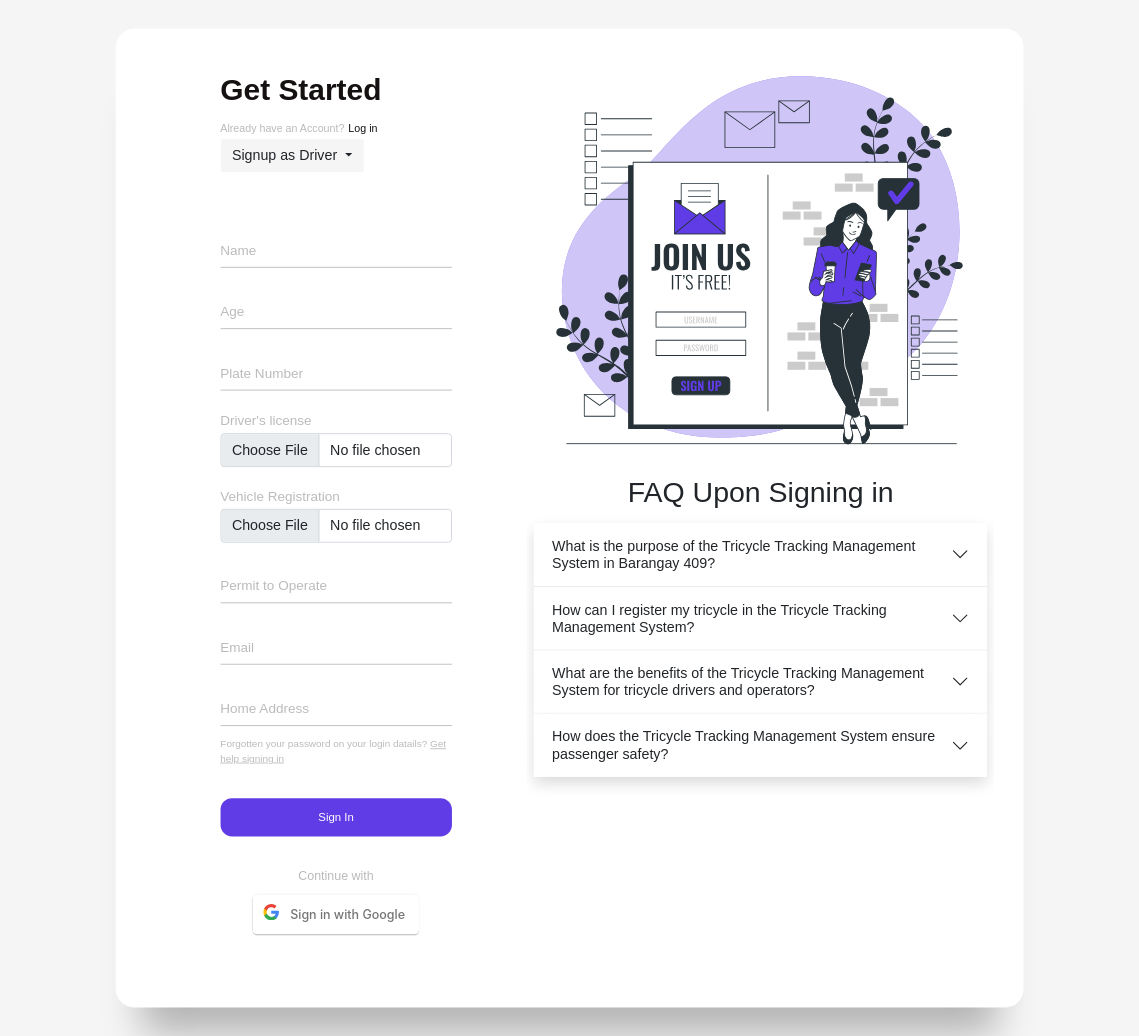
Repository: adrcstro/plate-to-place
Page: http://localhost/Loginsystem/Driverlogin.php
The author's editor kept a copy of each file at every save. The page is drawn from the files as they stood at one save, then again after the next save.
The browser window is 1280 px wide. The pictures show the whole page, at 89% of full size.
Some web fonts or font styles are not loaded; a fallback is used. Some web libraries are served in a nearby version. The page is run by PHP 8.4 with error messages shown; the project is at /var/www/html/.

Above is the page before, as saved 2023-10-31 12:41:50.

### Loginsystem/Driverlogin.php
<!DOCTYPE html>
<html lang="en">
<head>
    <meta charset="UTF-8">
    <meta name="viewport" content="width=device-width, initial-scale=1.0">
    <link rel="shortcut icon" type="x-icon" href="../images/webicon.png">
    <link rel="stylesheet" href="../css/bootstrap.min.css">
    <link rel="stylesheet" href="https://cdnjs.cloudflare.com/ajax/libs/font-awesome/6.3.0/css/all.min.css" integrity="sha512-SzlrxWUlpfuzQ+pcUCosxcglQRNAq/DZjVsC0lE40xsADsfeQoEypE+enwcOiGjk/bSuGGKHEyjSoQ1zVisanQ==" crossorigin="anonymous" referrerpolicy="no-referrer"/>
    <link rel="stylesheet" href="driver.css">

    <title>Brangay409-3WHeel-Tracking-System</title>
</head>

<body>

<main>
      <div class="box">
        <div class="inner-box">
          <div class="forms-wrap">
            <form action="index.html" autocomplete="off" class="sign-in-form">

<script>
    function changeLoginType(type) {
        document.getElementById('loginDropdown').innerText = 'Login as ' + type;
    }
</script>
              <div class="heading">
                <h2>Get Started</h2>
                <h6>Already have an Account?</h6>
                <a href="#" class="toggle" data-target="img-2">Log in</a>
              </div>



              <div class="dropdown">
    <button class="btn dropdown-toggle" type="button" data-bs-toggle="dropdown" aria-expanded="false" id="loginDropdown">
        Signup as Driver
    </button>
    <ul class="dropdown-menu">
        <li><a class="dropdown-item" href="Passenger.php" onclick="changeLoginType('Passenger')">Passenger</a></li>
        <li><a class="dropdown-item" href="Driverlogin.php" onclick="changeLoginType('Driver')">Driver</a></li>

    </ul>
</div>
<div class="formsignin">



              <div class="actual-form">
                <div class="input-wrap">
                  <input
                    type="text"
                    minlength="4"
                    class="input-field"
                    autocomplete="off"
                    required
                  />
                  <label>Name</label>
                </div>

                <div class="input-wrap">
                  <input
                    type="password"
                    minlength="4"
                    class="input-field"
                    autocomplete="off"
                    required
                  />
                  <label>Age</label>
                </div>

                <div class="input-wrap">
                  <input
                    type="text"
                    minlength="4"
                    class="input-field"
                    autocomplete="off"
                    required
                  />
                  <label>Plate Number</label>
                </div>

                <div id="Filefield" class="input-wrap">
  <label for="formFile" class="custom-label">Driver's license</label>
  <input class="form-control" type="file" id="formFile" title="Please ensure the image is clear and legible" class="custom-title">
</div>
<div id="Filefield" class="input-wrap">
  <label for="formFile" class="custom-label">Vehicle Registration</label>
  <input class="form-control" type="file" id="formFile" title="Please ensure the image is clear and legible" class="custom-title">
</div>

                <div class="input-wrap">
                  <input
                    type="text"
                    minlength="4"
                    class="input-field"
                    autocomplete="off"
                    required
                  />
                  <label>Permit to Operate</label>
                </div>
                <div class="input-wrap">
                  <input
                    type="text"
                    minlength="4"
                    class="input-field"
                    autocomplete="off"
                    required
                  />
                  <label>Email</label>
                </div>
                <div class="input-wrap">
                  <input
                    type="text"
                    minlength="4"
                    class="input-field"
                    autocomplete="off"
                    required
                  />
                  <label>Home Address</label>
                </div>
                <p class="text">
                  Forgotten your password on your login datails?

                  <a href="Forgotpassword.php" data-target="img-2">Get help signing in</a>
                </p>
                <input type="submit" value="Sign In" class="sign-btn" />
                <h5 id="textcon">Continue with</h5>
                <button type="button" class="login-with-google-btn" >
                Sign in with Google
                 </button>
              </div>
              </div>

            </form>


          </div>
          <div class="carousel">
  <div class="images-wrapper">
    <img src="../images/Signup.svg" class="image img-2 show" alt="" />
  </div>

  <div class="col-md-12">
         <h2 class="mt-2 text-center" id="FAQ">FAQ Upon Signing in</h2>
         <div class="accordion accordion-flush p-2" id="accordionFlushExample">
          <div class="accordion-item bg-white shadow">
            <h2 class="accordion-header">
              <button class="accordion-button collapsed" type="button" data-bs-toggle="collapse" data-bs-target="#flush-collapseOne" aria-expanded="false" aria-controls="flush-collapseOne">
                What is the purpose of the Tricycle Tracking Management System in Barangay 409?
              </button>
            </h2>
            <div id="flush-collapseOne" class="accordion-collapse collapse" data-bs-parent="#accordionFlushExample">
              <div class="accordion-body">The Tricycle Tracking Management System aims to streamline tricycle operations and ensure passenger safety and efficient transportation services within the barangay.</div>
            </div>
          </div>
          <div class="accordion-item shadow">
            <h2 class="accordion-header">
              <button class="accordion-button collapsed" type="button" data-bs-toggle="collapse" data-bs-target="#flush-collapseTwo" aria-expanded="false" aria-controls="flush-collapseTwo">
                How can I register my tricycle in the Tricycle Tracking Management System?
              </button>
            </h2>
            <div id="flush-collapseTwo" class="accordion-collapse collapse" data-bs-parent="#accordionFlushExample">
              <div class="accordion-body">To register your tricycle, visit the barangay office and submit the required documents, including the tricycle's registration papers, driver's license, and other necessary permits.</div>
            </div>
          </div>
          <div class="accordion-item shadow">
            <h2 class="accordion-header">
              <button class="accordion-button collapsed" type="button" data-bs-toggle="collapse" data-bs-target="#flush-collapseThree" aria-expanded="false" aria-controls="flush-collapseThree">
                What are the benefits of the Tricycle Tracking Management System for tricycle drivers and operators?
              </button>
            </h2>
            <div id="flush-collapseThree" class="accordion-collapse collapse" data-bs-parent="#accordionFlushExample">
              <div class="accordion-body">The system provides improved transparency in fare collection, enhances security measures for both drivers and passengers, and facilitates better route planning, leading to increased efficiency and profitability for tricycle operators.
              </div>
            </div>
          </div>

          <div class="accordion-item shadow">
            <h2 class="accordion-header">
              <button class="accordion-button collapsed" type="button" data-bs-toggle="collapse" data-bs-target="#flush-collapseFour" aria-expanded="false" aria-controls="flush-collapseFour">
                How does the Tricycle Tracking Management System ensure passenger safety?
              </button>
            </h2>
            <div id="flush-collapseFour" class="accordion-collapse collapse" data-bs-parent="#accordionFlushExample">
              <div class="accordion-body">The system integrates safety measures such as  Report Management, Legal Action Provider, and driver identification features, which enable swift responses to any emergency situations during tricycle rides.</div>
            </div>
          </div>



        </div>
         </div>


</div>
        </div>
      </div>
    </main>



</body>
<script src="../js/bootstrap.bundle.js"></script>
    <script src="login.js"></script>

</html>

### Loginsystem/driver.css
@import url("https://fonts.googleapis.com/css2?family=Poppins:wght@200;300;400;500;600;700;800&display=swap");
@import url('https://fonts.googleapis.com/css2?family=Advent+Pro:wght@200&display=swap');
@import url('https://fonts.googleapis.com/css2?family=Advent+Pro:wght@200&family=Montserrat+Alternates&display=swap');
@import url('http://fonts.googleapis.com/css?family=Open+Sans:400,700');
*,
*::before,
*::after {
  padding: 0;
  margin: 0;
  box-sizing: border-box;
}
#textcon{
  padding: 4px;
  text-align: center;
  color: #bababa;
  font-size: 14px;
}
.login-with-google-btn {
  transition: background-color .3s, box-shadow .3s;
  padding: 12px 16px 12px 42px;
  border: none;
  border-radius: 5px;
  box-shadow: 0 -1px 0 rgba(0, 0, 0, .04), 0 1px 1px rgba(0, 0, 0, .25);
  display: block;
    margin: auto;
  color: #757575;
  font-size: 14px;
  font-weight: 500;
  font-family: -apple-system,BlinkMacSystemFont,"Segoe UI",Roboto,Oxygen,Ubuntu,Cantarell,"Fira Sans","Droid Sans","Helvetica Neue",sans-serif;

  background-image: url(data:[embedded picture, 822 characters]);
  background-color: white;
  background-repeat: no-repeat;
  background-position: 12px 11px;

  &:hover {
    background-color: #f3f3f3b6;
  }

  &:active {
    background-color: #eeeeee;
  }
}
  &:focus {
    outline: none;
    box-shadow:
      0 -1px 0 rgba(0, 0, 0, .04),
      0 2px 4px rgba(0, 0, 0, .25),
      0 0 0 3px #c8dafc;
  }

.logo {
  text-align: center;
}
.logo br {
  font-size: 1px; /* Adjust the font size as per your requirement */
}
body,
input {
  font-family: 'Montserrat Alternates', sans-serif;

}
#loginDropdown{
  background-color: whitesmoke;
}

main {
  width: 100%;
  min-height: 100vh;
  overflow: hidden;
  background-color: whitesmoke;
  padding: 2rem;
  display: flex;
  align-items: center;
  justify-content: center;
}

.box {
  position: relative;
  width: 100%;
  max-width: 1020px;
  height: 1100px;
  background-color: #fff;
  border-radius: 1.3rem;
  box-shadow: 0 60px 40px -30px rgba(0, 0, 0, 0.27);
}

.inner-box {
  position: absolute;
  width: calc(100% - 4.1rem);
  height: calc(100% - 4.1rem);
  top: 50%;
  left: 50%;
  transform: translate(-50%, -50%);
}

.forms-wrap {
  position: absolute;
  height: 100%;
  width: 45%;
  top: 0;
  left: 0;
  display: grid;
  grid-template-columns: 1fr;
  grid-template-rows: 1fr;
  transition: 0.8s ease-in-out;
}

form {
  max-width: 260px;
  width: 100%;
  margin: 0 auto;
  height: 100%;
  display: flex;
  flex-direction: column;
  justify-content: space-evenly;
  grid-column: 1 / 2;
  grid-row: 1 / 2;
  transition: opacity 0.02s 0.4s;
  border: #aaa;
}

form.sign-up-form {
  opacity: 0;
  pointer-events: none;

}

.logo {
  display: flex;
  align-items: center;
}


.logo h4 {
  font-size: 1.1rem;
  margin-top: -9px;
  letter-spacing: -0.5px;
  color: #151111;
}

.heading h2 {
  font-size: 2.1rem;
  font-weight: 600;
  color: #151111;
}

.heading h6 {
  color: #bababa;
  font-weight: 400;
  font-size: 0.75rem;
  display: inline;
}

.toggle {
  color: #151111;
  text-decoration: none;
  font-size: 0.75rem;
  font-weight: 500;
  transition: 0.3s;
}

.toggle:hover {
  color: #8371fd;
}

.input-wrap {
  position: relative;
  height: 37px;
  margin-bottom: 2rem;
}

.input-field {
  position: absolute;
  width: 100%;
  height: 100%;
  background: none;
  border: none;
  outline: none;
  border-bottom: 1px solid #bbb;
  padding: 0;
  font-size: 0.95rem;
  color: #151111;
  transition: 0.4s;
}

label {
  position: absolute;
  left: 0;
  top: 50%;
  transform: translateY(-50%);
  font-size: 0.95rem;
  color: #bbb;
  pointer-events: none;
  transition: 0.4s;
}

.input-field.active {
  border-bottom-color: #151111;
}

.input-field.active + label {
  font-size: 0.75rem;
  top: -2px;
}
.logtext{
  margin-top: -1rem;
}
.sign-btn {
  display: inline-block;
  width: 100%;
  height: 43px;
  background-color: #603ce6;
  color: #fff;
  border: none;
  cursor: pointer;
  border-radius: 0.8rem;
  font-size: 0.8rem;
  margin-bottom: 2rem;
  transition: 0.3s;
}
.show {
  display: block;
}

.FAQESTION{
  margin-top: -3rem;
}



.hide {
  display: none;
}

.sign-btn:hover {
  background-color: #6a5cc4;
}

.text {
  color: #bbb;
  font-size: 0.7rem;
  transform: translateY(-20px);
}

.text a {
  color: #bbb;
  transition: 0.3s;

}




.text a:hover {
  color: #8371fd;
}

main.sign-up-mode form.sign-in-form {
  opacity: 0;
  pointer-events: none;
}

main.sign-up-mode form.sign-up-form {
  opacity: 1;
  pointer-events: all;
}

main.sign-up-mode .forms-wrap {
  left: 55%;
}

main.sign-up-mode .carousel {
  left: 0%;
}

.carousel {
  position: absolute;
  height: 100%;
  width: 55%;
  left: 45%;
  top: 0;
  background-color: white;
  border-radius: 2rem;
  display: grid;
  grid-template-rows: auto 1fr;
  padding-bottom: 2rem;
  overflow: hidden;
  transition: 0.8s ease-in-out;
}

.images-wrapper {
  display: grid;
  grid-template-columns: 1fr;
  grid-template-rows: 1fr;
}
.hide {
  display: none;
}
.image {
  width: 100%;
 height: 90%;
  grid-column: 1/2;
  grid-row: 1/2;
  opacity: 0;
  transition: opacity 0.3s, transform 0.5s;
}

.img-1 {
  transform: translate(0, -50px);
}

.img-2 {
  transform: scale(0.4, 0.5);
}

.img-3 {
  transform: scale(0.3) rotate(-20deg);
}

.image.show {
  opacity: 1;
  transform: none;
}

.text-slider {
  display: flex;
  align-items: center;
  justify-content: center;
  flex-direction: column;
margin-top: -4rem;

}

.text-wrap {
  max-height: 3.1rem;
  overflow: hidden;
  margin-bottom: 2.3rem;
}

.text-group {
  display: flex;
  flex-direction: column;
  text-align: center;
  transform: translateY(0);
  transition: 0.5s;
}

.text-group h2 {
  line-height: 2.2rem;
  font-weight: 600;
  font-size: 1.6rem;
}

.bullets {
  display: flex;
  align-items: center;
  justify-content: center;
  margin-top: -2.4rem;
}

.bullets span {
  display: block;
  width: 0.5rem;
  height: 0.5rem;
  background-color: #aaa;
  margin: 0 0.25rem;
  border-radius: 50%;
  cursor: pointer;
  transition: 0.3s;
}
.dropdown{
  margin-top: -6rem;
}
.actual-form{
  margin-top: -6rem;
}
.bullets span.active {
  width: 1.1rem;
  background-color: #151111;
  border-radius: 1rem;
}
.actual-form{
  margin-top: 20px;
  }
  .col-md-12{
    margin-top: -4rem;
  }

  .sign-in-form{
    margin-top: -4rem;
  }
.formsignin{
  margin-top: -6rem;
}
#Filefield{
  margin-top: 3rem;
}
.custom-label{
  margin-top: -2rem;
}

.sign-in-form{
  margin-top: -1rem;
}
.dropdown{
  margin-top: -2rem;
}
.formsignin{
  margin-top: 1rem;
}

@media (max-width: 850px) {
  .box {
    height: auto;
    max-width: 550px;
    overflow: hidden;
  }

  .inner-box {
    position: static;
    transform: none;
    width: revert;
    height: revert;
    padding: 2rem;
  }

  .forms-wrap {
    position: revert;
    width: 100%;
    height: auto;
  }

  form {
    max-width: revert;
    padding: 1.5rem 2.5rem 2rem;
    transition: transform 0.8s ease-in-out, opacity 0.45s linear;
  }

  .heading {
    margin: 2rem 0;
  }

  form.sign-up-form {
    transform: translateX(100%);
  }

  main.sign-up-mode form.sign-in-form {
    transform: translateX(-100%);
  }

  main.sign-up-mode form.sign-up-form {
    transform: translateX(0%);
  }

  .carousel {
    position: revert;
    height: auto;
    width: 100%;
    padding: 3rem 2rem;
    display: flex;
  }

  .images-wrapper {
    display: none;
  }

  .text-slider {
    width: 100%;
  }

  .text-slider{
    margin-top: 3rem;
}
.actual-form{
margin-top: 2rem;
}
.col-md-12{
  margin-top: -3rem;
}
.dropdown{
  margin-top: -1rem;
}
.sign-in-form{
  margin-top: -1rem;
}

.formsignin{
  margin-top: 1rem;
}


}

@media (max-width: 528px) {
  main {
    padding: 1rem;
  }

  .box {
    border-radius: 2rem;
  }

  .inner-box {
    padding: 1rem;
  }

  .carousel {
    padding: 1.5rem 1rem;
    border-radius: 1.6rem;
  }

  .text-wrap {
    margin-bottom: 1rem;
  }

  .text-group h2 {
    font-size: 1.2rem;
  }

  form {
    padding: 1rem 2rem 1.5rem;
  }

  .bullets{
    margin-top: -1rem;
}
.col-md-12{
  margin-top: 1rem;
}


}








@media (max-width: 390px) {
    .text-slider{
        margin-top: 2rem;
    }

}

### Loginsystem/login.js
const inputs = document.querySelectorAll(".input-field");
const toggle_btn = document.querySelectorAll(".toggle");
const main = document.querySelector("main");
const bullets = document.querySelectorAll(".bullets span");
const images = document.querySelectorAll(".image");

inputs.forEach((inp) => {
  inp.addEventListener("focus", () => {
    inp.classList.add("active");
  });
  inp.addEventListener("blur", () => {
    if (inp.value != "") return;
    inp.classList.remove("active");
  });
});

toggle_btn.forEach((btn) => {
  btn.addEventListener("click", () => {
    main.classList.toggle("sign-up-mode");
  });
});

function moveSlider() {
  let index = this.dataset.value;

  let currentImage = document.querySelector(`.img-${index}`);
  images.forEach((img) => img.classList.remove("show"));
  currentImage.classList.add("show");

  const textSlider = document.querySelector(".text-group");
  textSlider.style.transform = `translateY(${-(index - 1) * 2.2}rem)`;

  bullets.forEach((bull) => bull.classList.remove("active"));
  this.classList.add("active");
}

bullets.forEach((bullet) => {
  bullet.addEventListener("click", moveSlider);
});

document.addEventListener('DOMContentLoaded', function () {
  const toggleLinks = document.querySelectorAll('.toggle');
  toggleLinks.forEach(function(toggleLink) {
    toggleLink.addEventListener('click', function (event) {
      event.preventDefault();
      const targetId = toggleLink.getAttribute('data-target');
      const textSlider = document.querySelector('.text-group');
      if (targetId === 'img-1') {
        const targetText = 'Get Started';
        textSlider.innerHTML = `<h2>${targetText}</h2>`;
      } else if (targetId === 'img-2') {
        const targetText = 'Join us';
        textSlider.innerHTML = `<h2>${targetText}</h2>`;
      }
    });
  });
});

Loaded but not shown: css/bootstrap.min.css (library); js/bootstrap.bundle.js (library); Images/Signup.svg (1 lines, source omitted)

After the next save:
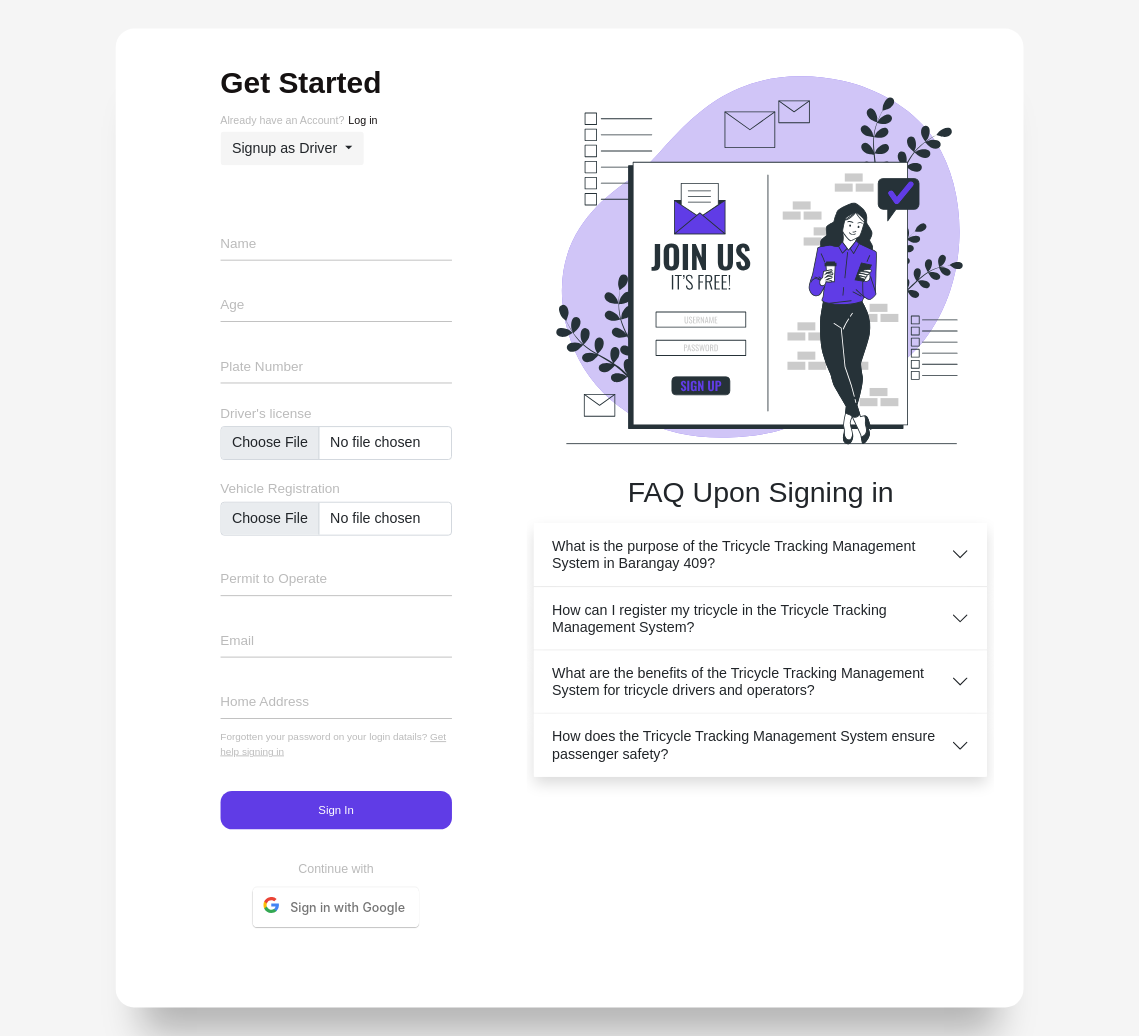
Saved 6 s later.
--- a/Loginsystem/driver.css
+++ b/Loginsystem/driver.css
@@ -401,7 +401,7 @@ margin-top: -4rem;
 }
 
 .sign-in-form{
-  margin-top: -1rem;
+  margin-top: -1.5rem;
 }
 .dropdown{
   margin-top: -2rem;
